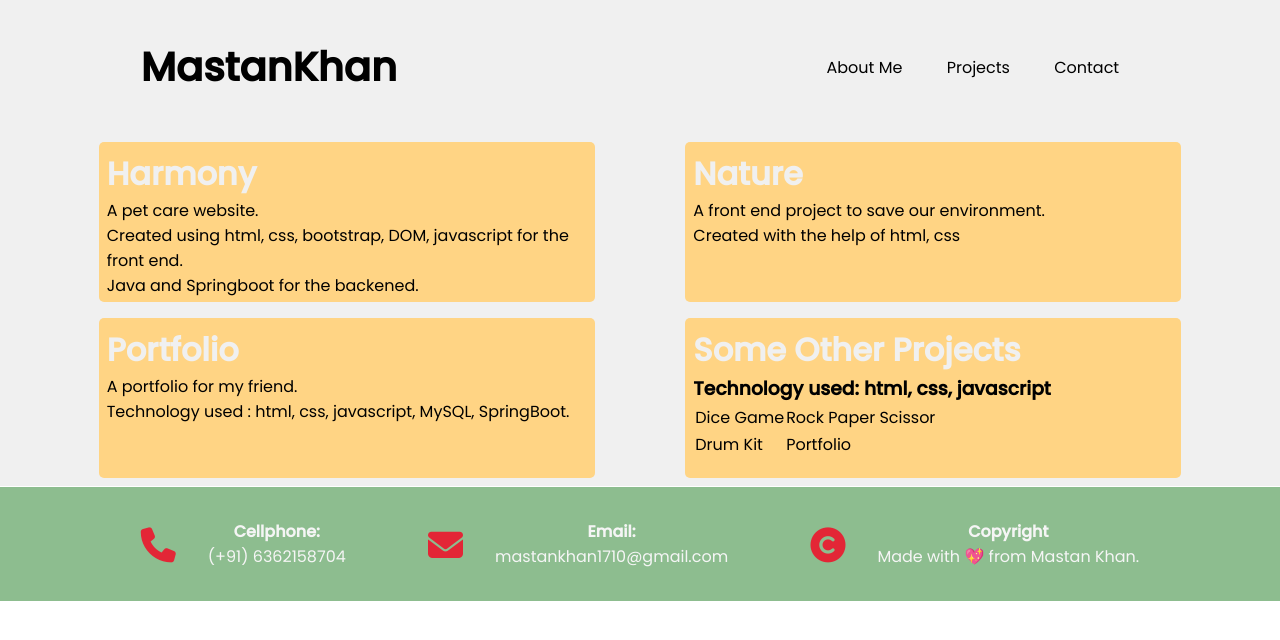
Repository: MastanKhan1/my_resume
Page: http://localhost/projects
The author's editor kept a copy of each file at every save. The page is drawn from the files as they stood at one save, then again after the next save.
The browser window is 1280 px wide. The pictures show the whole page.
Some web fonts or font styles are not loaded; a fallback is used. The page is this project's Thymeleaf template; nobody is signed in. The template is opened directly, without the code that normally fills it, so the values that code supplies are empty.

Above is the page before, as saved 2023-10-06 07:17:04.

### portfolio/src/main/resources/templates/projects.html
<!DOCTYPE html>
<html lang="en">
<head>
    <meta charset="UTF-8">
    <meta name="viewport" content="width=device-width, initial-scale=1.0">
    <title>Projects</title>

    <link rel="stylesheet" href="styles.css">
    <link rel="preconnect" href="https://fonts.googleapis.com">
<link rel="preconnect" href="https://fonts.gstatic.com" crossorigin>
<!-- <link href="https://cdn.jsdelivr.net/npm/bootstrap@5.3.2/dist/css/bootstrap.min.css" rel="stylesheet" integrity="sha384-T3c6CoIi6uLrA9TneNEoa7RxnatzjcDSCmG1MXxSR1GAsXEV/Dwwykc2MPK8M2HN" crossorigin="anonymous"> -->
<link href="https://fonts.googleapis.com/css2?family=Merriweather&family=Montserrat+Alternates:wght@500&family=Montserrat+Subrayada:wght@400;700&family=Montserrat:ital,wght@0,400;0,700;1,700&family=Niconne&family=PT+Mono&family=Poppins:wght@400;500&family=Roboto&family=Sacramento&family=Tinos&display=swap" rel="stylesheet">
<link rel="stylesheet" href="https://cdnjs.cloudflare.com/ajax/libs/font-awesome/6.4.2/css/all.min.css" integrity="sha512-z3gLpd7yknf1YoNbCzqRKc4qyor8gaKU1qmn+CShxbuBusANI9QpRohGBreCFkKxLhei6S9CQXFEbbKuqLg0DA==" crossorigin="anonymous" referrerpolicy="no-referrer" />

</head>
<body>

    <section id="section1">
        <div id="toggle">
            <!-- <nav> -->
                <div>
                    <h1>MastanKhan</h1>

                </div>
                <div>
                    <ul>
                        <li><a href="">About Me</a></li>
                        <li><a href="">Projects</a></li>
                        <li><a href="">Contact</a></li>
                    </ul>
                </div>
            <!-- </nav> -->
        </div>

        <div class="projects">
            <div class="project-items" id="harmony">
                <h2>Harmony</h2>
                <p>A pet care website.</p>
                <p>Created using html, css, bootstrap, DOM, javascript for the front end.</p>
                <p>Java and Springboot for the backened.</p>

            </div>
            <div class="project-items" id="any_time_food">
                <h2>Nature</h2>
                <p>A front end project to save our environment.</p>
                <p>Created with the help of html, css</p>

            </div>

            <div class="project-items" id="portfolio">
                <h2>Portfolio</h2>
                <p>A portfolio for my friend.</p>
                <p>Technology used : html, css, javascript, MySQL, SpringBoot.</p>
            </div>

            <div class="project-items" id="portfolio">
                <h2>Some Other Projects</h2>
                <h3>Technology used: html, css, javascript</h3>
                <table>
					<tr>
						<td>Dice Game</td>
						<td>Rock Paper Scissor</td>
					</tr>
					<tr>
						<td>Drum Kit</td>
						<td>Portfolio</td>
					</tr>
				</table>
            </div>

        </div>


        <div id="footer">
            <div class="footer-items">
                <div class="footer-items">

                    <i class="fa-solid fa-phone"></i>

                </div>
                <div>
                    <h4>Cellphone:</h4>
                    <p>(+91) 6362158704</p>
                </div>
            </div>
            <div class="footer-items">
                <div >

                    <i class="fa-solid fa-envelope"></i>
                </div>
                <div>
                    <h4>Email:</h4>
                    <p>mastankhan1710@gmail.com</p>
                    <!-- <p>(+91) 9901531794</p> -->
                </div>
            </div>

            <div class="footer-items">
                <div>
                    <i class="fa-solid fa-copyright"></i>
                </div>
                <div>
                    <p>
                        <h4>Copyright</h4>
                        Made with 💖 from Mastan Khan.
                    </p>
                </div>
            </div>
        </div>
        </section>

</body>
</html>

### portfolio/src/main/resources/static/styles.css
@charset "UTF-8";

*{
    margin: 0;
    padding: 0;
    font-family: 'Poppins', sans-serif;
}


#section1{
    background-color: #f0f0f0;
    border-bottom: 3px solid white;
}

#toggle{
    padding: 2.9% 11%;
    display: flex;
    flex-wrap: wrap;
    justify-content: space-between;
    align-items: center;
}


div h1{
    font-size: 2.5rem;
}

#toggle div ul li{
    display: inline;
    margin: 10px 20px;
}

div ul li a{
    text-decoration: none;
    color: black;
}

div li a{
    text-decoration: none;
}

#intro{
    padding: 2% 7% 1% 7%;
    display: flex;
    flex-wrap: wrap;
    justify-content: space-around;

}

#intro div form{
    display: inline;
}

#image{
    width: 60%;
}



.auto-type{
    color: #E32636;
    font-weight: bold;
    font-size: 20px;
}

#intro div form input{
    height: 85px;
    width: 85px;
    border-radius: 100%;
    margin: 2% 2% 0 1%;
    font-size: 1rem;
    border: 1.25px solid black;
}

input:hover{
   opacity: 0.7;
   box-shadow: 3px 2px 2px black;
}

#red{
    background-color: #FFA500;
}

#blue{
    background-color: #8dbd8f;
}

#green{
    background-color: #E32636;
}

#footer{
    padding: 2.5% 11%;
    background-color: #8dbd8f;
    /* background-color: #f0f0f0; */
    display: flex;
    flex-wrap: wrap;
    justify-content: space-between;

}
/*
hr{
    border-bottom: 5px solid white;
    border-style: none none dotted none;
    border-width: 8px;
    width: 5%;
    margin-left: 40%;
} */

.footer-items{
    text-align: center;
    display: flex;
    flex-wrap: wrap;
    justify-content: space-between;
    color: whitesmoke;
}

i{
    font-size: 35px;
    color: #E32636;
    margin-right: 2rem;
    margin-top: 0.5rem;
}

/* .footer-items h4{
    display: inline;
} */


/* ------------------------------------------------------------------------------------------------------- */

.about_me_div{
    padding: 10px 4%;
    display: flex;
    flex-wrap: wrap;
    justify-content: space-evenly;
}

#education_table, #education_table tr,#education_table tr td,#education_table thead th{
    border: 2px solid black;
    border-collapse: collapse;
    text-align: center;
    padding: 2px;
}

#about_me_img{
    width: 48.5%;
    height: 45%;
    margin-left: 20%;
    border-radius: 100%;
    background-color: #E32636;
}

#skills_div{
    padding: 10px 4%;
    display: flex;
    flex-wrap: wrap;
    justify-content: space-around;
}

#skills_div div h2, .about_me_div div h2{
    color: #E32636;
}




/* --------------------------------------------------------------------------------------------------- */

#contact_div{
    display: flex;
    flex-wrap: wrap;
    justify-content: space-between;
    padding: 10px 5%;
}

#contact_div div img{
    /* background-color: #87CEEB;
    border-radius: 100%; */
    width: 87.8%;
}

#contact_div div h1{
    color: #8dbd8f;
    font-size: 3rem;
}

.contact{
    border-radius: 5px;
    height: 25px;
    width: 277px;
    text-align: center;
    margin: 3px;
}

#text_area{
    border-radius: 5px;
    border:2px solid black;
    margin: 3px;
}

#message{
    color: white;
    background-color: #8dbd8f;
    height: 45px;
    width: 150px;
    border-radius: 6px;
    margin-left: 3rem;
    font-size: larger;
    font-weight: bold;
}

#extra_info{
    margin-top: 5rem;
}

#extra_info h2{
    margin-top: 1rem;
    font-size: 2rem;
    font-weight: lighter;
}

#extra_info div{
    margin-top: 4rem;
}

#extra_info div i{
    color: #8dbd8f;
}


/* ------------------------------------------------------------------------------------------------------- */

.projects{
    display: flex;
    flex-wrap: wrap;
    justify-content: space-evenly;
    padding: 0 1rem;
    border-bottom: 1px solid white;
}

.project-items{
    width: 30rem;
    height: 9rem;
    margin: 0.5rem;
    padding: 0.5rem;
    border-radius: 5px;
    /* background-image: linear-gradient(to bottom, #FFA500, #ffca68); */
    background-color: #ffd484;
}

.project-items h2{
    font-size: 2rem;
   color: #f0f0f0;
}

After the next save:
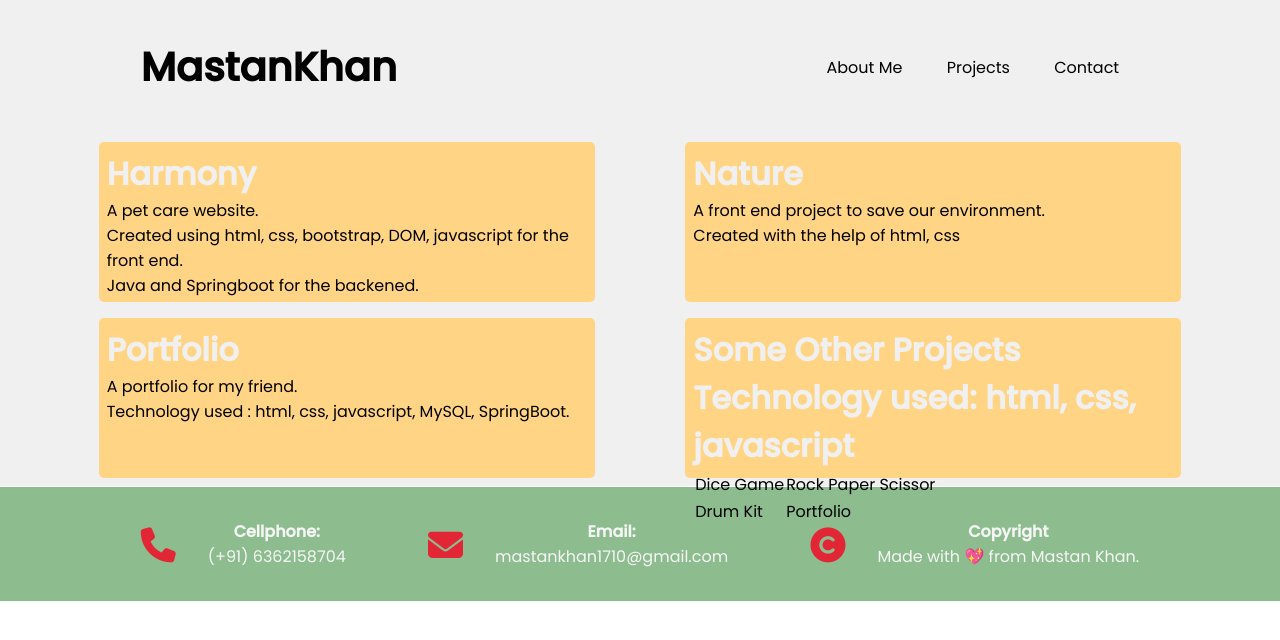
Saved 55 s later.
--- a/portfolio/src/main/resources/static/styles.css
+++ b/portfolio/src/main/resources/static/styles.css
@@ -249,7 +249,7 @@ i{
     background-color: #ffd484;
 }
 
-.project-items h2{
+.project-items h2, .project-items h3{
     font-size: 2rem;
    color: #f0f0f0;
 }
